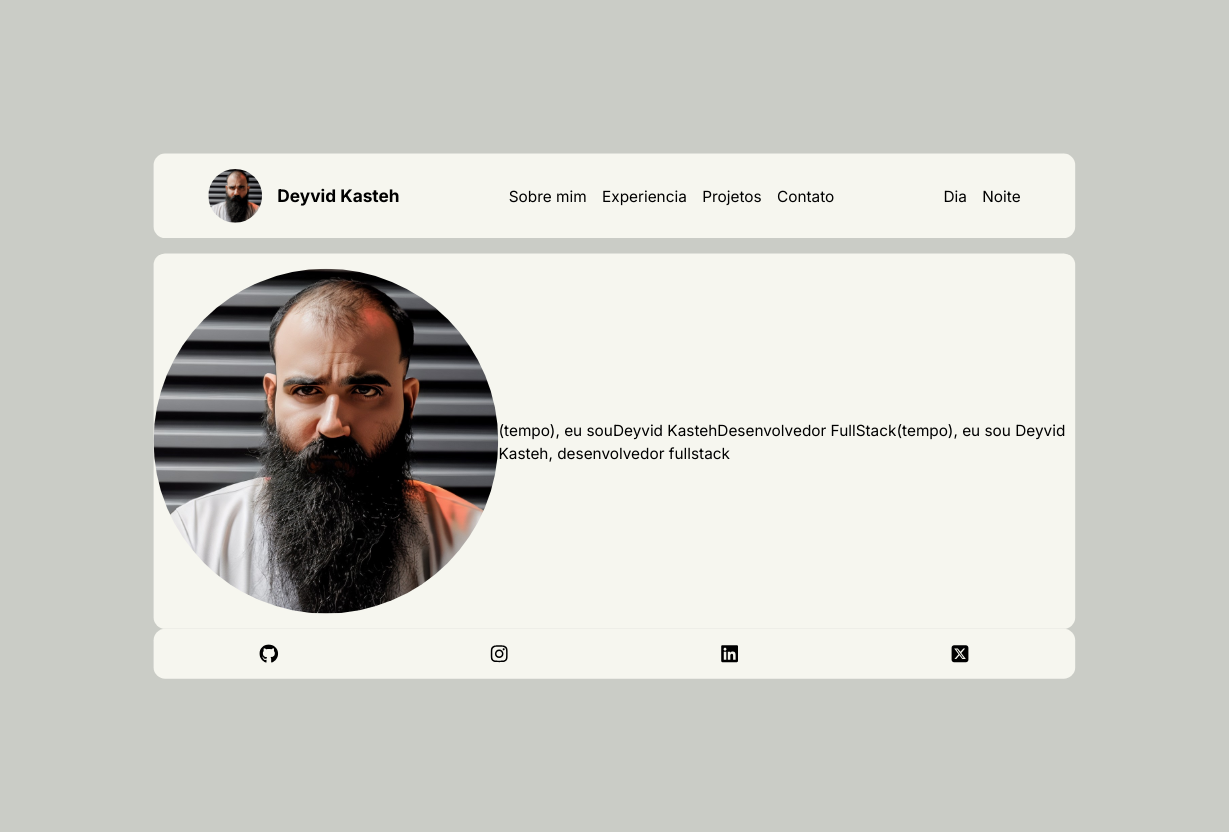
Repository: Deyvid-Kasteh/kasteh_portfolio
Page: /
An editor plug-in stored every save of this project. The page is shown before and after a run of saves, followed by the edit.
The browser window is 1280 px wide. The pictures show the whole page, at 96% of full size.
The project was rebuilt for these pictures with package versions that can differ from the ones it lists, and the page was loaded fresh each time. The framework's server and built-in components were replaced by stand-ins that run in the browser. Also part of the build but not shown: next.config.mjs.

Above is the page before, as saved 2024-03-26 00:58:20.

### src/app/layout.tsx
import type { Metadata } from "next";
import { Inter } from "next/font/google";
import "./globals.css";

const inter = Inter({ subsets: ["latin"] });

export const metadata: Metadata = {
  title: "Create Next App",
  description: "Generated by create next app",
};

export default function RootLayout({
  children,
}: Readonly<{
  children: React.ReactNode;
}>) {
  return (
    <html lang="pt-br">
      <body
        className={`bg-customGrayBG ${inter.className} p-4 sm:p-6 md:p-8 lg:p-10 xl:p-40`}
      >
        {children}
      </body>
    </html>
  );
}

### src/app/page.tsx
import Footer from "./components/footer";
import Header from "./components/header";
import Main from "./components/main";

export default function Home() {
  return (
    <>
      <Header />
      <Main />
      <Footer/>
    </>
  );
}

### src/app/globals.css
@tailwind base;
@tailwind components;
@tailwind utilities;

:root {
  --foreground-rgb: 0, 0, 0;
  --background-start-rgb: 214, 219, 220;
  --background-end-rgb: 0, 0, 0;
}

/* @media (prefers-color-scheme: dark) {
  :root {
    --foreground-rgb: 255, 255, 255;
    --background-start-rgb: 0, 0, 0;
    --background-end-rgb: 0, 0, 0;
  }
} */

body {
  color: "#25282B"
  /* background: linear-gradient(
      to bottom,
      transparent,
      rgb(var(--background-end-rgb))
    )
    rgb(var(--background-start-rgb)); */
}



@layer utilities {
  .text-balance {
    text-wrap: balance;
  }
}

### src/app/components/footer.tsx
import React from "react";
import {
  FaGithub,
  FaInstagram,
  FaLinkedin
} from "react-icons/fa";
import { FaSquareXTwitter } from "react-icons/fa6";

const Footer: React.FC = () => {
  return (
    <main className="bg-customGrayComponents flex justify-around items-center py-4 rounded-xl text-[20px]">
      <FaGithub />
      <FaInstagram />
      <FaLinkedin />
      <FaSquareXTwitter />
    </main>
  );
};

export default Footer;

### src/app/components/header.tsx
import React from "react";
import logo from "../../../public/deyvidKaseth.jpg";
import Image from "next/image";

const Header: React.FC = () => {
  return (
    <header className="bg-customGrayComponents flex justify-around items-center py-4 rounded-xl mb-4">
      <div className="flex items-center space-x-4">
        <Image src={logo} alt="Logo" className="rounded-full w-14 h-14" />
        <h1 className="text-lg font-bold">Deyvid Kasteh</h1>
      </div>
      <nav>
        <ul className="flex space-x-4">
          <li>
            <a href="#">Sobre mim</a>
          </li>
          <li>
            <a href="#">
              Experiencia
            </a>
          </li>
          <li>
            <a href="#">Projetos</a>
          </li>
          <li>
            <a href="#">Contato</a>
          </li>
        </ul>
      </nav>
      <div className="flex space-x-4">
        <p>Dia</p>
        <p>Noite</p>
      </div>
    </header>
  );
};

export default Header;

### src/app/components/main.tsx
import React from 'react'
import SobreMim from './SobreMim';

const Main: React.FC = () => {
  return (
    <main className="bg-customGrayComponents flex justify-around items-center py-4 rounded-xl">
      <SobreMim/>

    </main>
  );
}

export default Main

### src/app/components/SobreMim.tsx
import React from "react";
import MinhaFoto from "./common/fotoDeyvidKasteh";

const SobreMim: React.FC = () => {
  return (
    <>
      <div>
        <MinhaFoto height={500} width={500} />
      </div>
      <div>
        <span>(tempo), eu sou</span>
        <span>Deyvid Kasteh</span>
        <span>Desenvolvedor FullStack</span>
        <span>(tempo)</span>, eu sou Deyvid Kasteh, desenvolvedor fullstack
      </div>
    </>
  );
};

export default SobreMim;

### src/app/components/common/fotoDeyvidKasteh.tsx
import React from "react"
import minhafoto from "../../../../public/deyvidKaseth.jpg"
import Image from "next/image"


interface ImageProps {
  width: number;
  height: number;
}


const MinhaFoto: React.FC<ImageProps> = ({ width, height }) => {
  return (
    <Image
      src={minhafoto}
      alt="Foto de Deyvid Kasteh"
      width={width}
      height={height}
      className="rounded-full"
    />
  );
};

export default MinhaFoto

### tailwind.config.ts
import type { Config } from "tailwindcss";

const config: Config = {
  content: [
    "./src/pages/**/*.{js,ts,jsx,tsx,mdx}",
    "./src/components/**/*.{js,ts,jsx,tsx,mdx}",
    "./src/app/**/*.{js,ts,jsx,tsx,mdx}",
  ],
  theme: {
    extend: {
      backgroundImage: {
        "gradient-radial": "radial-gradient(var(--tw-gradient-stops))",
        "gradient-conic":
          "conic-gradient(from 180deg at 50% 50%, var(--tw-gradient-stops))",
      },
      colors: {
        customGrayBG: "#CACCC6", // Definindo o background color
        customGrayComponents: "#F6F6EF",
      },
    },
  },
  plugins: [],
};
export default config;

After the next 2 saves:
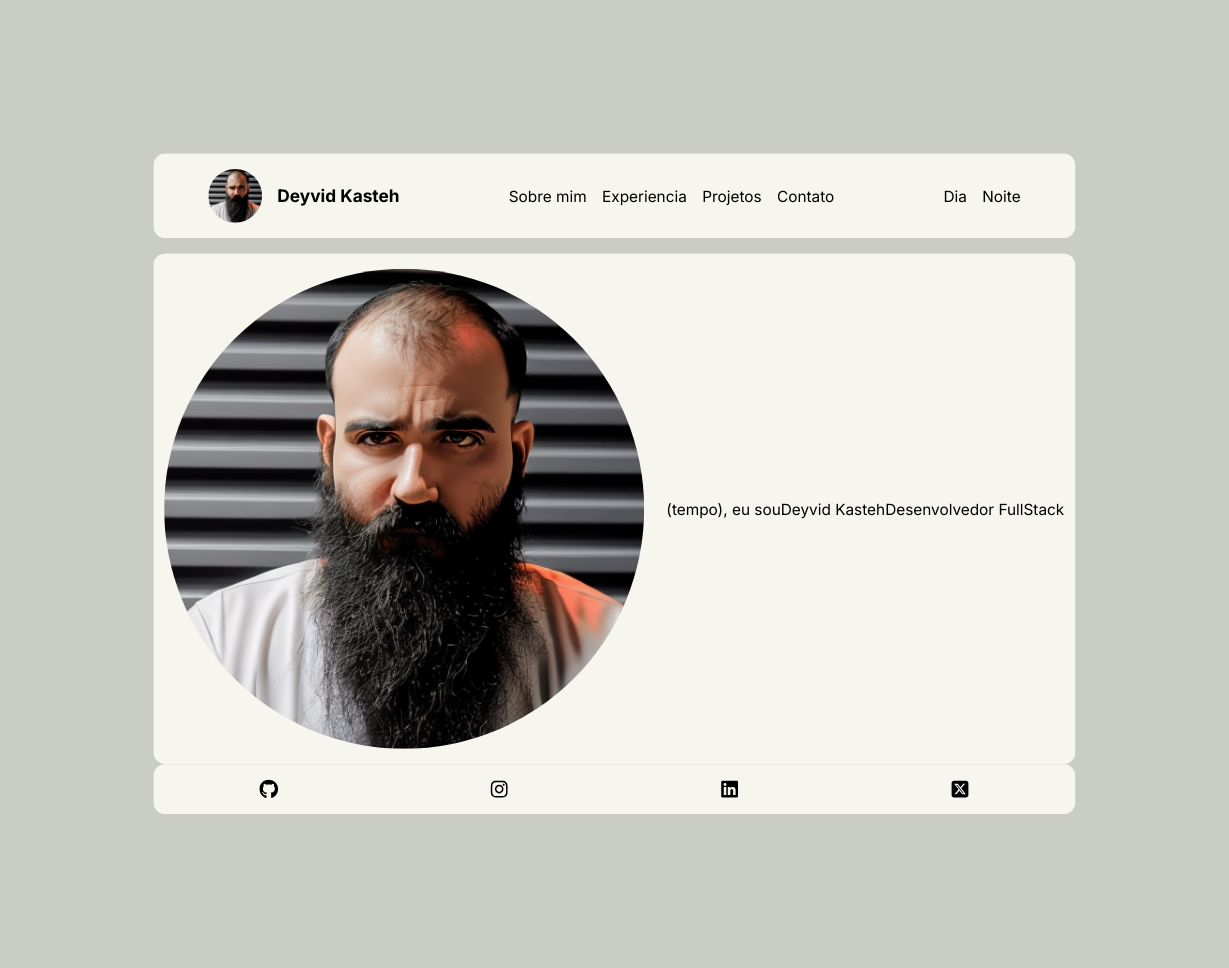
The 2 saves are shown as one change because they came seconds apart.
The last was saved 9 s later.
--- a/src/app/components/SobreMim.tsx
+++ b/src/app/components/SobreMim.tsx
@@ -11,7 +11,6 @@ const SobreMim: React.FC = () => {
         <span>(tempo), eu sou</span>
         <span>Deyvid Kasteh</span>
         <span>Desenvolvedor FullStack</span>
-        <span>(tempo)</span>, eu sou Deyvid Kasteh, desenvolvedor fullstack
       </div>
     </>
   );
